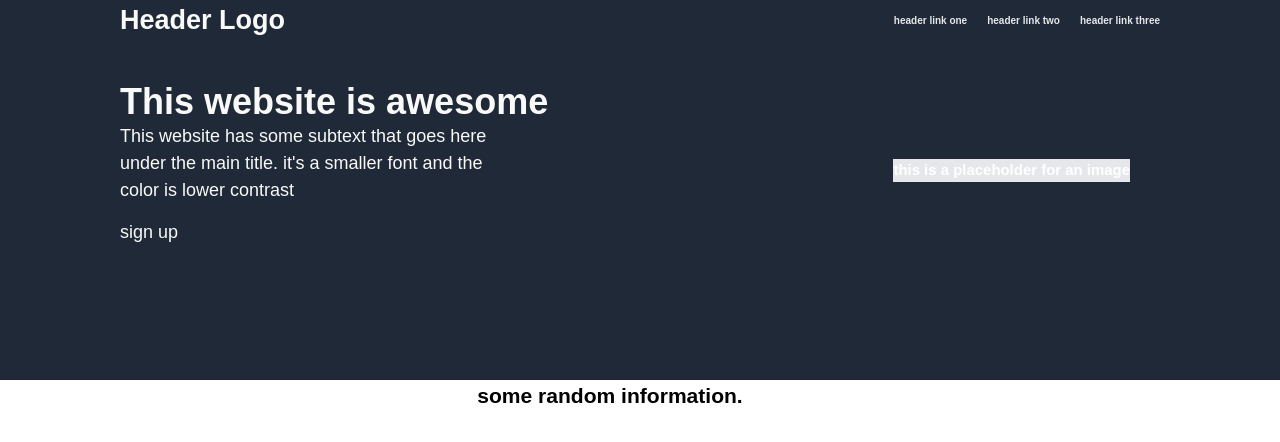
Repository: Grace561/css-exercises
Page: index.html
An editor plug-in stored every save of this project. The page is shown before and after the next save, followed by the edit.
The browser window is 1280 px wide. The pictures show the whole page.

Above is the page before, as saved 2025-04-18 02:39:06.

### index.html
<!DOCTYPE html>
<html lang="en">
<head>
    <meta charset="UTF-8">
    <meta name="viewport" content="width=device-width, initial-scale=1.0">
    <link rel="stylesheet" href="style.css">
    <title>Landing-Page</title>
</head>
<body>
   <nav class="navbar">
    <div class="container">
        <div class="Logo"><h2>Header Logo</h2></div>
        <ul class="nav">
           <li>
            <a href="#"><h4>header link one</h4></a>
           </li>
           <li>
            <a href="#"><h4>header link two</h4></a>
           </li>
           <li>
            <a href="#"><h4>header link three</h4></a>
           </li>
        </ul>
    </div>
   </nav>

   <header class="header">
    <div class="container">
        <div>
            <h1>This website is awesome</h1>
            <p>
                This website has some subtext that goes here under the
                main title. it's a smaller font and the color is lower
                contrast
            </p>
            <p>
                sign up
            </p>
        </div>
        <div class="boxes">
           <div class="container">
                <div class="box">
            <h5>this is a placeholder for an image</h5>
        </div>
   </header>
   <section class="boxes">
    <div class="container">
        <div class="box">
          <h3>some random information.</h3>
        </div>
    <div class="box">
        <div class="container">
            <div class="box">


    </div>
    </div>
   </section>
</body>
</html>

### style.css
*{
    box-sizing: border-box;
    margin: 0;
    padding: 0;
}

body{
    font-family: 'poppins',sans-serif;
    font-size: 18px;
    line-height: 1.5;
    color: #000;
    background:#ffff;
}
p{
    margin-bottom: 15px;
}

ul{
    list-style: none;
}

.container{
    max-width: 1100px;
    margin: 0 auto;
    padding: 0 30px;
}
.navbar{
    background:#1f2937;
    color:#f9faf8;
    height: 80px;
}
h3.Logo{
    font-size: 24px;
    font-weight:bold;

}

a{
    color:#e5e7eb;
    text-decoration: none;
    font-size: x-small;

}
.container{
    display: flex;
    justify-content: space-between;
    align-items: center;

}

ul{
    display: flex
}
ul li {
    margin-left: 20px;
}
.header{
    background-color:#1f2937;
    color:#f9faf8;
    min-height: 300px;
}

.header h1{
    font: weight 3rem;
    font-weight: 900;
    line-height: 1.2;
}

.header p{
    max-width: 400px;
}
.container{
    display: flex;
    align-items:center;
    justify-content: space-between;
}
.box.container{
    display: flex;
    justify-content: space-between;
}
.box h5{
    flex: 1;
    background:#e5e7eb;
    color:#ffff;


}
.boxes .container{
    display: flex;
    font-weight: 900;
    justify-content: center;

}

After the next save:
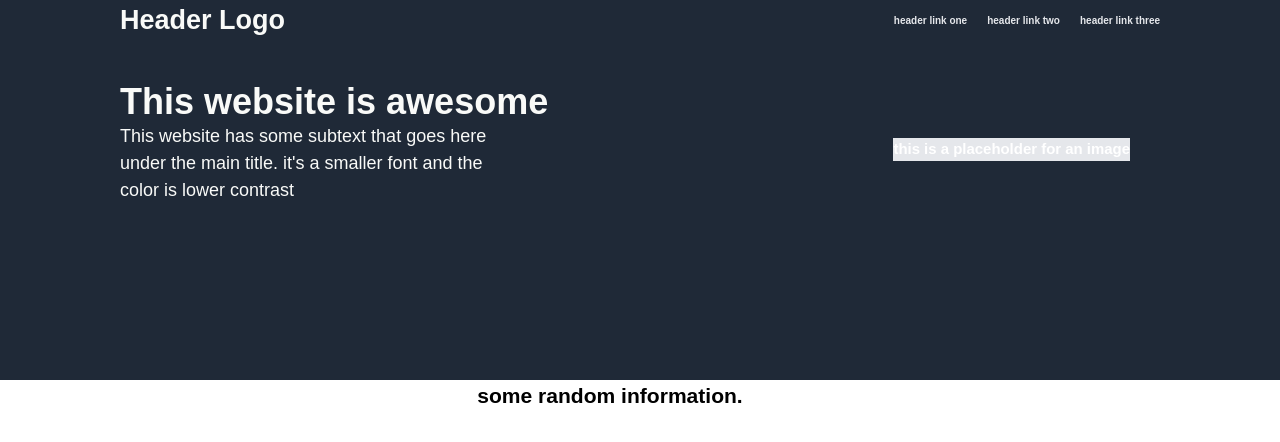
Saved 2 min 18 s later.
--- a/index.html
+++ b/index.html
@@ -32,10 +32,7 @@
                 This website has some subtext that goes here under the
                 main title. it's a smaller font and the color is lower
                 contrast
-            </p>
-            <p>
-                sign up
-            </p>
+
         </div>
         <div class="boxes">
            <div class="container">
